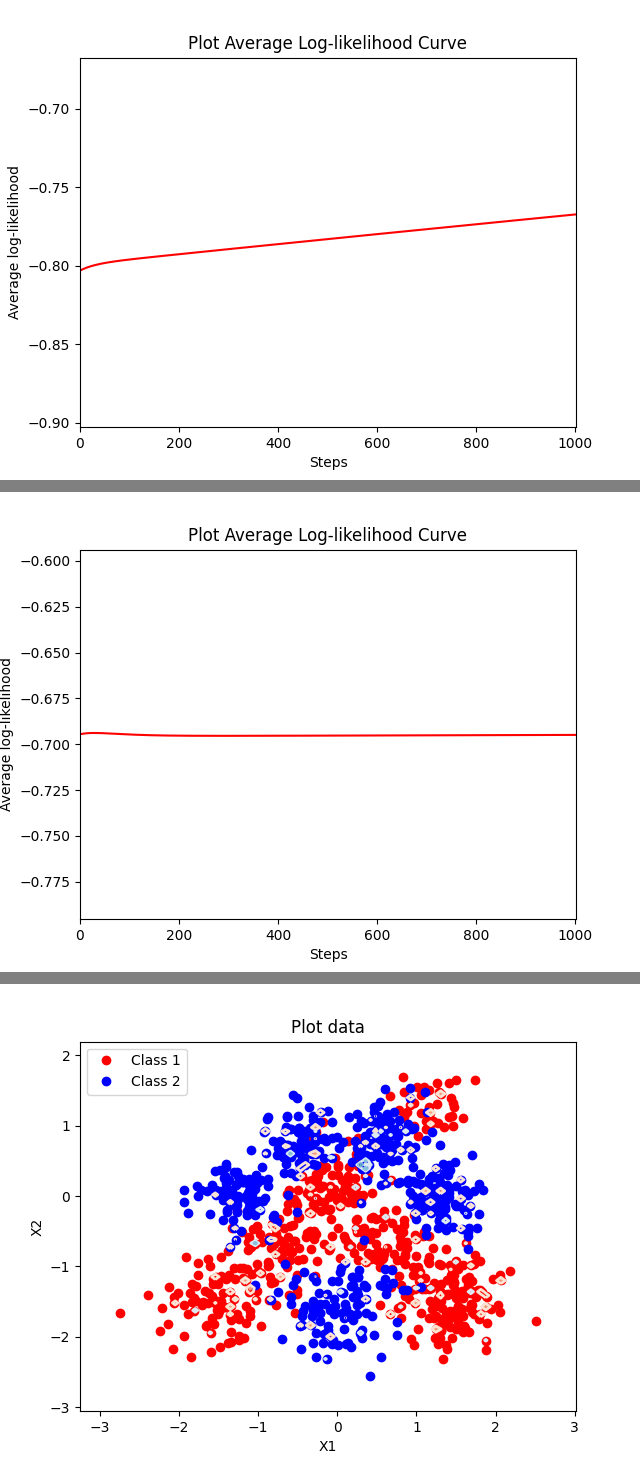
Repository: DhruvTrehan03/3F8
Script's output: python Lab.py
The author's editor kept a copy of each file at every save. The script's output is drawn from the files as they stood at one save, then again after the next save.
Each picture stacks the figures in order, with grey between them; figures that are only written to a file come last. Random numbers start from a fixed seed.

Above is the script's output before, as saved 2024-02-16 13:11:51.

### Lab.py
import numpy as np
import matplotlib.pyplot as plt

def logistic(x):
    return 1.0 / (1.0 + np.exp(-x))

def plot_data_internal(X, y):
    x_min, x_max = X[ :, 0 ].min() - .5, X[ :, 0 ].max() + .5
    y_min, y_max = X[ :, 1 ].min() - .5, X[ :, 1 ].max() + .5
    xx, yy = np.meshgrid(np.linspace(x_min, x_max, 100), np.linspace(y_min, y_max, 100))
    plt.figure()
    plt.xlim(xx.min(None), xx.max(None))
    plt.ylim(yy.min(None), yy.max(None))
    ax = plt.gca()
    ax.plot(X[y == 0, 0], X[y == 0, 1], 'ro', label = 'Class 1')
    ax.plot(X[y == 1, 0], X[y == 1, 1], 'bo', label = 'Class 2')
    plt.xlabel('X1')
    plt.ylabel('X2')
    plt.title('Plot data')
    plt.legend(loc = 'upper left', scatterpoints = 1, numpoints = 1)
    return xx, yy

def plot_data(X, y):
    xx, yy = plot_data_internal(X, y)
    plt.show()

def log_likelihood (y, X, B):
    L= np.prod(np.power(sigmoid(X@B),(y)) * np.power(sigmoid(X@B),(1-y)))
    # for i in range(len(X[:,0])):
    #     L *= (sigmoid(B.T@X[i,:].T)**y[i])*(sigmoid(-B.T@X[i,:].T)**(1-y[i]))
    LL = np.log(L)
    return LL

def predict(X_tilde, w):
    return logistic(np.dot(X_tilde, w))

def get_x_tilde(X):
    return np.concatenate((np.ones((X.shape[ 0 ], 1 )), X), 1)

def plot_ll(ll):
    plt.figure()
    ax = plt.gca()
    plt.xlim(0, len(ll) + 2)
    plt.ylim(min(ll) - 0.1, max(ll) + 0.1)
    ax.plot(np.arange(1, len(ll) + 1), ll, 'r-')
    plt.xlabel('Steps')
    plt.ylabel('Average log-likelihood')
    plt.title('Plot Average Log-likelihood Curve')
    plt.show()

def plot_predictive_distribution(X, y, w, map_inputs = lambda x : x):
    xx, yy = plot_data_internal(X, y)
    ax = plt.gca()
    X_tilde = get_x_tilde(map_inputs(np.concatenate((xx.ravel().reshape((-1, 1)), yy.ravel().reshape((-1, 1))), 1)))
    Z = predict(X_tilde, w)
    Z = Z.reshape(xx.shape)
    cs2 = ax.contour(xx, yy, Z, cmap = 'RdBu', linewidths = 2)
    plt.clabel(cs2, fmt = '%2.1f', colors = 'k', fontsize = 14)
    plt.show()

def compute_average_ll(X_tilde, y, w):
    output_prob = predict(X_tilde, w)
    return np.mean(y * np.log(output_prob) + (1 - y) * np.log(1.0 - output_prob))

def fit_w(X_tilde_train, y_train, X_tilde_test, y_test, n_steps, alpha):
    w = np.random.randn(X_tilde_train.shape[ 1 ])
    ll_train = np.zeros(n_steps)
    ll_test = np.zeros(n_steps)
    for i in range(n_steps):
        sigmoid_value = predict(X_tilde_train, w)
        w += alpha * X_tilde_train.T@(y_train-sigmoid_value)     # Gradient-based update rule for w. To be completed by the student
        ll_train[ i ] = compute_average_ll(X_tilde_train, y_train, w)
        ll_test[ i ] = compute_average_ll(X_tilde_test, y_test, w)
        print(ll_train[ i ], ll_test[ i ])

    return w, ll_train, ll_test

def evaluate_basis_functions(l, X, Z):
    X2 = np.sum(X**2, 1)
    Z2 = np.sum(Z**2, 1)
    ones_Z = np.ones(Z.shape[ 0 ])
    ones_X = np.ones(X.shape[ 0 ])
    r2 = np.outer(X2, ones_Z) - 2 * np.dot(X, Z.T) + np.outer(ones_X, Z2)
    return np.exp(-0.5 / l**2 * r2)

def conf_mat(y_test, X_tilde_test, w):
    z = (predict(X_tilde_test, w)>0.5)
    P_0_0 = 0
    P_1_0 = 0
    P_0_1 = 0
    P_1_1 = 0
    for i in range(len(y_test)):
        if z[i] == 0 and y_test[i] == 0:
                P_0_0 += 1
        elif z[i] == 1 and y_test[i] == 0:
                P_1_0 += 1
        elif z[i] == 0 and y_test[i] == 1:
                P_0_1 += 1
        elif z[i] == 1 and y_test[i] == 1:
                P_1_1 += 1
    print(np.array([[P_0_0/(P_0_0+P_1_0), P_1_0/(P_0_0+P_1_0)],[P_0_1/(P_0_1+P_1_1), P_1_1/(P_0_1+P_1_1)]]))

X = np.loadtxt('X.txt')
y = np.loadtxt('y.txt')
permutation = np.random.permutation(X.shape[ 0 ])
X = X[ permutation, : ]
y = y[ permutation ]

n_train = 800
X_train = X[ 0 : n_train, : ]
X_test = X[ n_train :, : ]
y_train = y[ 0 : n_train ]
y_test = y[ n_train : ]

# Eta = 0.001
# Max_it = 100

# X_tilde_train = get_x_tilde(X_train)
# X_tilde_test = get_x_tilde(X_test)
# w, ll_train, ll_test = fit_w(X_tilde_train, y_train, X_tilde_test, y_test, Max_it, Eta)
# plot_ll(ll_train)
# plot_ll(ll_test)
# plot_predictive_distribution(X, y, w)

l = 0.01 # Width of the Gaussian basis funcction. To be completed by the student

X_tilde_train = get_x_tilde(evaluate_basis_functions(l, X_train, X_train))
X_tilde_test = get_x_tilde(evaluate_basis_functions(l, X_test, X_train))

# We train the new classifier on the feature expanded inputs

alpha = 0.0001 # Learning rate for gradient-based optimisation with basis functions. To be completed by the student
n_steps = 1000 # Number of steps of gradient-based optimisation with basis functions. To be completed by the student

w, ll_train, ll_test = fit_w(X_tilde_train, y_train, X_tilde_test, y_test, n_steps, alpha)

# We plot the training and test log likelihoods

plot_ll(ll_train)
plot_ll(ll_test)

# We plot the predictive distribution

plot_predictive_distribution(X, y, w, lambda x : evaluate_basis_functions(l, x, X_train))
conf_mat(y_test, X_tilde_train, w)

### y.txt
0
0
1
1
1
0
1
0
0
1
0
0
1
0
0
1
1
1
0
0
0
0
1
1
1
0
1
1
1
1
0
1
0
1
0
0
0
1
1
0
0
1
1
1
1
1
1
0
0
1
0
0
1
1
1
1
1
1
1
1
1
1
0
1
0
1
0
1
1
1
0
1
0
1
1
1
0
1
0
0
1
1
1
1
0
1
0
0
0
1
0
1
1
1
1
1
1
0
0
1
1
0
0
1
1
1
1
0
0
1
0
0
0
0
1
1
0
1
1
0
0
1
1
1
0
0
1
0
0
1
0
1
0
1
0
0
1
0
0
1
0
1
1
0
1
0
1
1
0
1
1
1
0
0
1
1
1
0
0
0
0
0
1
1
0
0
0
1
1
1
1
1
1
1
1
1
1
0
0
0
1
0
0
1
1
1
1
1
0
0
1
1
0
0
0
0
0
0
1
1
1
0
1
0
1
1
0
0
1
1
0
1
1
1
0
0
0
0
0
1
0
1
1
0
1
0
1
0
0
0
1
0
1
0
1
1
1
0
1
1
1
1
1
1
0
0
0
0
0
0
1
1
1
0
0
0
0
1
0
0
1
1
1
1
1
0
1
1
1
0
0
0
1
1
0
1
0
1
0
0
1
0
1
0
0
0
1
1
1
0
1
1
1
0
0
1
1
0
1
1
0
1
1
0
0
0
0
0
1
1
0
0
1
0
1
1
0
0
1
1
0
0
0
0
0
0
1
0
0
1
0
1
0
0
1
0
0
0
0
0
0
0
1
1
0
0
0
1
0
0
0
1
0
0
0
1
0
1
0
1
0
1
0
0
1
0
0
1
0
0
1
0
1
0
1
1
1
1
1
1
0
0
0
0
0
0
0
1
1
0
0
1
1
0
0
0
0
0
1
0
0
1
0
1
1
1
1
1
0
0
0
1
1
1
1
1
1
1
1
1
1
1
0
0
1
0
0
1
1
0
1
0
0
1
0
1
0
1
0
1
1
1
0
0
0
1
1
1
0
1
1
1
0
1
1
1
1
1
1
1
0
0
0
0
1
0
0
1
1
1
1
1
1
1
1
1
0
0
0
1
1
0
0
1
0
0
0
0
0
0
0
0
1
0
0
0
0
1
0
1
0
0
0
0
0
1
1
1
0
1
0
0
1
0
0
0
1
0
1
0
1
1
0
0
1
1
1
0
0
1
1
1
1
0
1
1
1
1
1
0
1
1
0
0
0
1
0
0
0
0
0
0
0
0
1
0
0
1
1
1
1
0
0
0
1
1
1
1
0
0
1
0
0
0
1
0
1
1
0
1
0
0
1
0
0
1
0
0
0
1
0
0
1
0
0
1
0
0
0
1
0
1
0
0
0
1
0
1
0
1
1
1
0
1
1
0
0
1
1
0
0
1
0
1
0
1
1
1
1
1
0
1
0
0
1
0
1
0
1
1
1
0
0
1
0
1
0
0
1
1
0
0
0
1
0
0
1
1
1
1
0
1
0
0
0
0
1
1
0
0
0
0
1
1
1
1
0
1
0
0
1
0
1
0
0
1
0
1
1
1
1
1
0
0
0
1
0
1
0
0
0
1
0
0
0
1
0
0
1
0
0
0
1
0
1
1
1
1
1
0
1
0
1
1
0
0
0
0
0
0
1
1
0
0
0
1
0
0
0
0
1
1
0
0
0
0
1
0
0
0
0
1
1
0
0
0
1
0
1
0
1
1
1
0
0
1
0
1
1
0
0
1
1
0
0
1
0
1
0
1
0
1
1
0
1
0
0
1
1
0
1
1
1
0
1
0
0
0
1
1
0
1
0
0
0
1
0
0
0
1
0
1
0
1
0
1
1
1
0
1
1
1
0
0
1
0
0
1
0
0
0
1
0
1
1
0
0
1
0
1
0
0
1
0
1
1
1
0
0
0
1
1
0
0
1
1
1
0
1
1
1
1
1
0
0
0
1
0
1
1
0
1
0
1
0
1
1
1
0
1
0
1
0
0
0
1
1
1
1
0
0
0
0
1
1
0
1
0
1
0
0
1
1
1
0
1
1
1
0
0
1
0
1
0
1
0
0
0
1
0
0
0
0
0
0
1
0
0
0
0
0
0
0
1
0
1
1
0
1
0
1
1
1
0
0
1
0
1
0
0
1
1
1
0
1
1
1
1
1
1
1
1
1
1
1
0
0
0
1
1
1
1
1
1
1
0
0
1
0
0
1
0
0
0
0
0
1
0
1
1
0
1
0
0
1
0
0
0
0
1

Loaded but not shown: X.txt (1000 lines, source omitted)

After the next save:
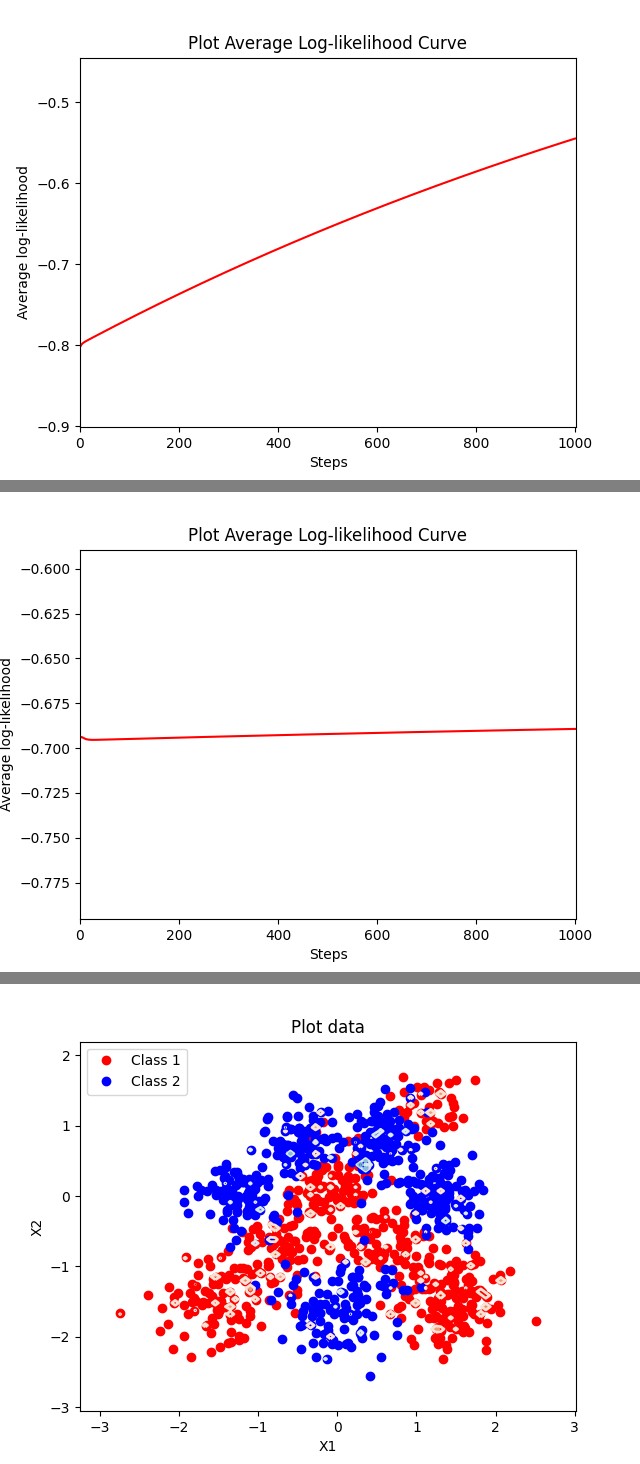
Saved 13 s later.
--- a/Lab.py
+++ b/Lab.py
@@ -129,7 +129,7 @@ X_tilde_test = get_x_tilde(evaluate_basis_functions(l, X_test, X_train))
 
 # We train the new classifier on the feature expanded inputs
 
-alpha = 0.0001 # Learning rate for gradient-based optimisation with basis functions. To be completed by the student
+alpha = 0.001 # Learning rate for gradient-based optimisation with basis functions. To be completed by the student
 n_steps = 1000 # Number of steps of gradient-based optimisation with basis functions. To be completed by the student
 
 w, ll_train, ll_test = fit_w(X_tilde_train, y_train, X_tilde_test, y_test, n_steps, alpha)
